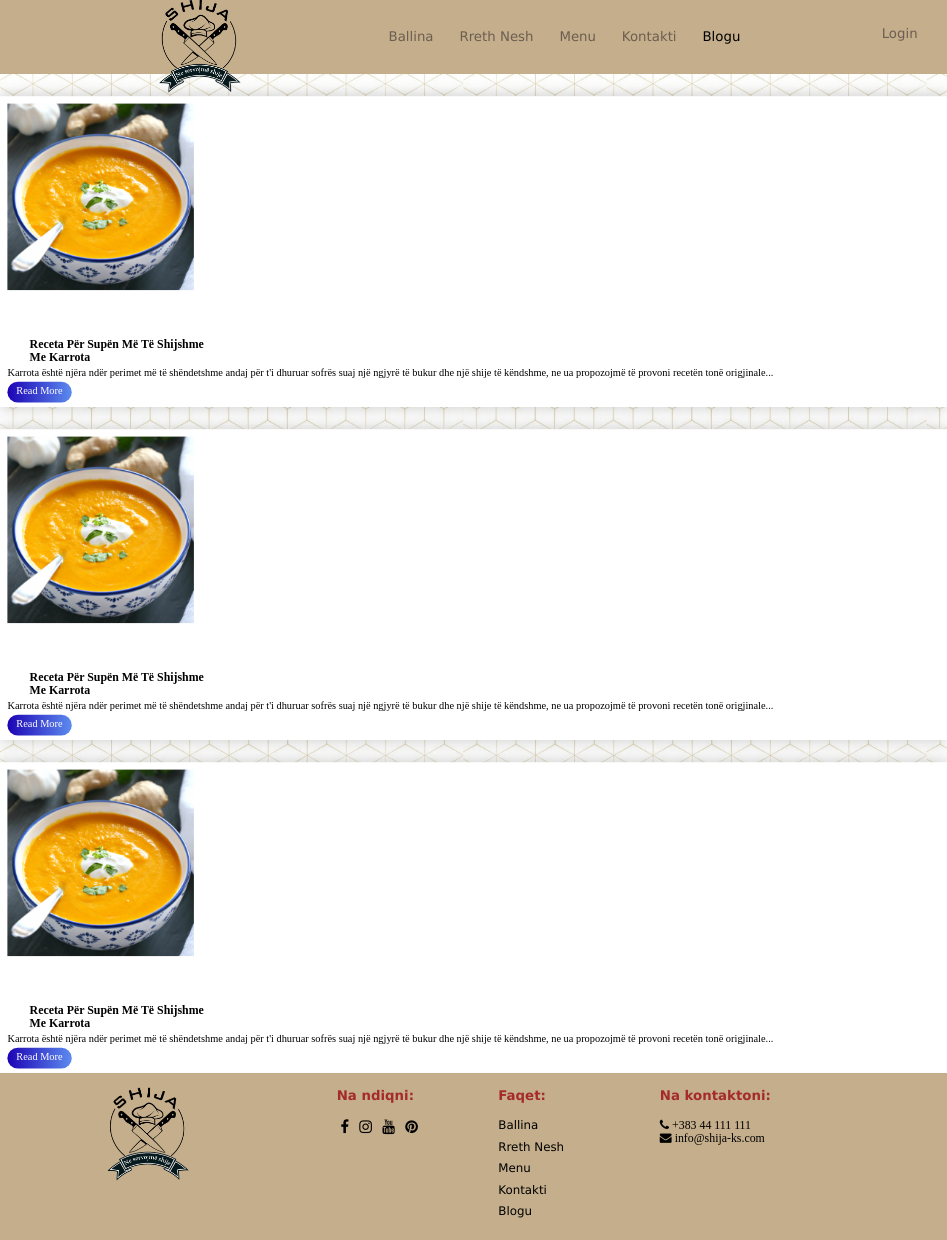
Repository: bs47892/ProjektiWeb-Shija2020
Page: http://localhost/blog.html
These files come from the project's save history. The page is drawn as it stood at one moment and after the next save; the edit follows.
The browser window is 1280 px wide. The pictures show the whole page, at 74% of full size.
Some web fonts or font styles are not loaded; a fallback is used. The page is run by PHP 8.4 with error messages shown; the project is at /var/www/html/.

Above is the page before, as saved 2021-03-09 21:34:19.

After the next save:
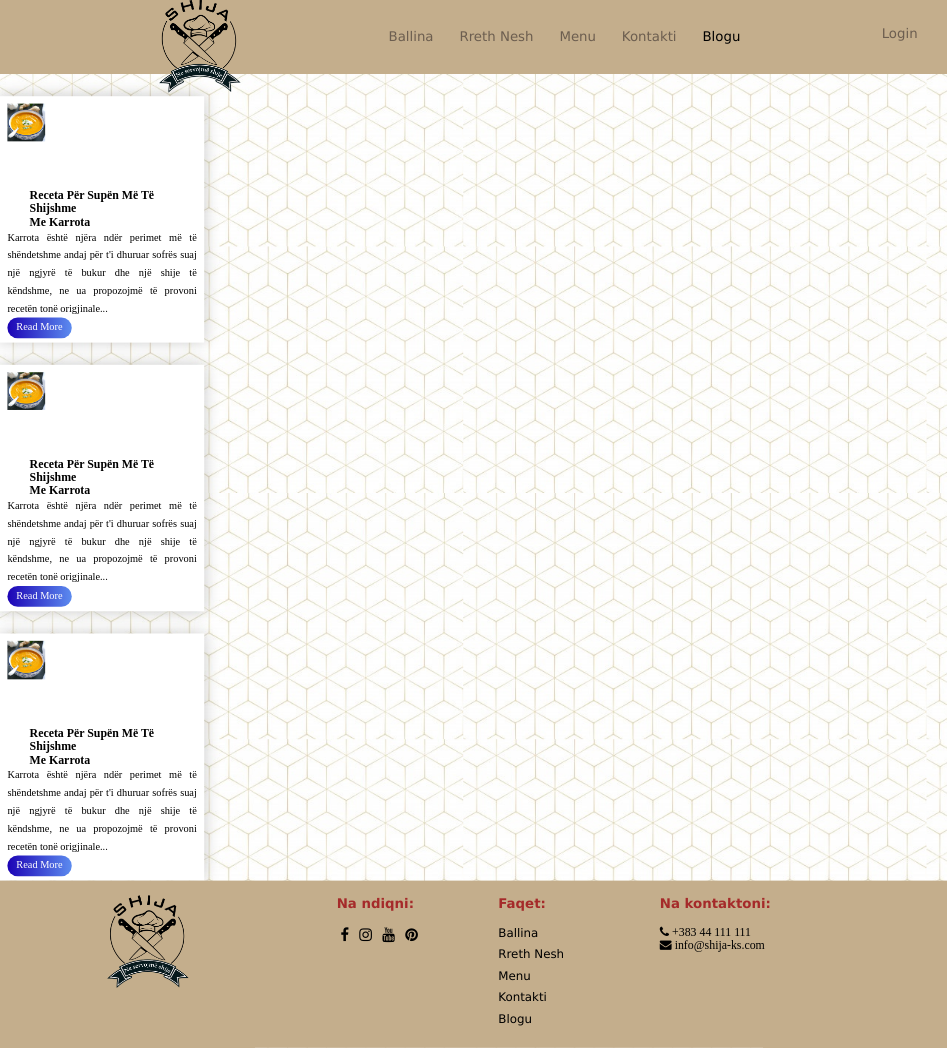
Saved 88 s later.
--- a/style.css
+++ b/style.css
@@ -531,10 +531,10 @@ font-family: 'EB Garamond', serif;
 
   .ar1{
       margin-top: 30px;
-
       box-shadow: 0px 0px 20px 1px rgba(0, 0, 0, 0.2);
+      max-width: 20%;
+      max-height: 20%;
       padding:10px;
-
       background-color: #fff;
   }
   .ar1 img {
